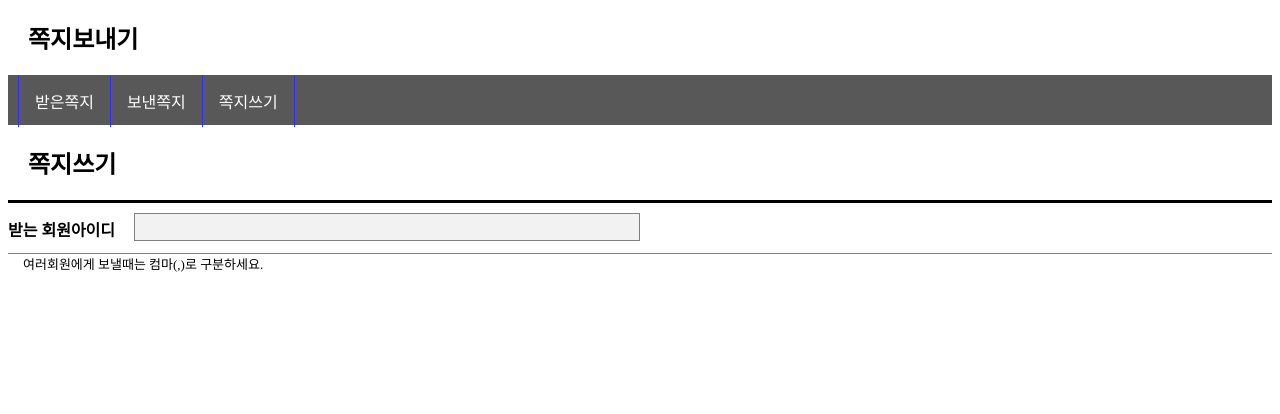
Repository: ks12b0000/JSP-School-Class
Page: chap10_JSP/src/main/webapp/Test/sendMessage.html
These files come from the project's save history. The page is drawn as it stood at one moment and after the next save; the edit follows.
The browser window is 1280 px wide. The pictures show the whole page.

Above is the page before, as saved 2022-06-04 11:18:07.

### chap10_JSP/src/main/webapp/Test/sendMessage.html
<!DOCTYPE html>
<html>
<head>
	<meta charset="UTF-8">
	<meta name="viewport" content="width=device-width, initial-scale=1.0">
	<title>쪽지쓰기</title>
	<link rel="stylesheet" href="loginWrite.css" />
</head>
<body>
	<h2>쪽지보내기</h2>
	<div class="menu1">
		<ul>
			<li><a href="#" id="a1">받은쪽지</a></li>
			<li><a href="#">보낸쪽지</a></li>
			<li><a href="#">쪽지쓰기</a></li>
		</ul>
	</div>
	<h2>쪽지쓰기</h2>
	<div class="Profile3">
			<strong>받는 회원아이디</strong>
			<input type="text" /><br/><p>여러회원에게 보낼때는 컴마(,)로 구분하세요.</p>
	</div>
</body>
</html>

### chap10_JSP/src/main/webapp/Test/loginWrite.css
@charset "UTF-8";
	body h2 {
		margin-left: 20px;
	}
	.login1 {
		width: 500px;
		border: 1px solid gray;
		margin: 40px;
		padding: 40px;

	}
	.login1 #id {
		width: 400px;

		padding: 4px;
	}
	.login1 #id input {

		margin-left: 30px;
	}
	.login1 #pw {

		padding: 4px;
	}
	.login1 #pw input {

		margin-left: 52px;
	}
	.login1 #login_Bt {
		text-align: right;
		margin-top: -50px;
		margin-right: 120px;
	}
	.login1 #login_Bt input {
		margin-left: 5px;
		padding: 12px;
		border: 1px solid white;
		background-color: #A5DF00;
		color: white;
	}
	.login1 #login_Ck {
		margin-top: 10px;
	}
	.login2 {
		border: 1px solid gray;
		font-size: 13px;
		background-color: #F2F2F2;
		width: 500px;
		margin: 40px;
		padding: 40px;
		margin-top: -50px;

	}
	.login2 h3 {
		margin-top: -20px;
		margin-left: -30px;
	}
	.login2 p {
		margin-top: -20px;
		margin-left: -30px;
	}
	.login2 form {
		margin-top: 10px;
		margin-left: 250px;

	}
	.login2 #idpw_bt {
		border: 1px solid white;
		background-color: #A5DF00;
		color: white;
	}
	.login2 #signup {
		border: 1px solid #BFFF00;
		background-color: white;
		color: #80FF00;
	}
	body #mainback {
		margin-left: 220px;
		text-decoration: none;
		color: black;
	}
	body #em2 {
		border-top: 1px solid gray;
		margin-left: 20px;
		padding-top: 15px;
	}
	#email1 {
		margin-left: 20px;
		font-size: 19px;
	}
	#email1 input {
		width: 500px;
		height: 30px;
	}
	.button {
		margin-top: 40px;
		margin-left: 250px;
	}
	.button #Confirm {
		margin-left: 5px;
		padding: 12px;
		width: 150px;
		border: 1px solid white;
		background-color: #A5DF00;
		color: white;
	}
	.button #close {
		margin-left: 5px;
		padding: 12px;
		width: 100px;
		border: 1px solid white;
		background-color: #0B3B39;
		color: white;
	}
	body #tm2 {
		color: red;
		text-align: center;
	}
	body #tm3,#tm5 {
		text-align: center;
	}
	body #tm4,#tm6 {
		border: 1px solid black;
		width: 1300px;
		height: 300px;
		background-color: #D8D8D8;
		margin-left: 10px;
	}
	#terms_Ck,#terms_Ck2 {
		text-align: right;
	}
	#signup3 {
		text-align: center;
	}
	#signup3 input {
		margin-left: 5px;
		padding: 12px;
		border: 1px solid white;
		background-color: #A5DF00;
		color: white;
	}
	.button3 {
		text-align: right;
		margin-top: -50px;
		margin-right: 10px;
	}
	.button3 #notebox {
		border: 1px solid #BFFF00;
		background-color: white;
		color: #80FF00;
		padding: 6px;
	}
	.button3 #Revise {
		border: 1px solid #BFFF00;
		background-color: white;
		color: #80FF00;
		padding: 6px;
	}
	.button3 #secession {
		border: 1px solid white;
		background-color: #A5DF00;
		color: white;
		padding: 6px;
	}
	.Profile {
		border: 1px solid gray;
		border-collapse: collapse;
		margin-top: 15px;
		width: 100%;
		height: 150px;
		background-color: #FAFAFA;
	}
	.Profile th,td {
		border-bottom: 1px solid gray;
	}
	.Profile2 {
		border-top: 3px solid black;
		width: 100%;
		background-color: #F2F2F2;
		height: 50px;
		border-bottom: 1px solid gray;
		margin-top: 20px;
	}
	#hh3 {
		margin-left: 10px;
	}
	.Contents {
		text-align: center;
		margin-top: 100px;
		border-bottom: 1px solid gray;
		height: 100px;
	}
	.menu1 ul {
		background-color: #585858;
		height: 50px;
		margin: 0;
		padding: 0;
		list-style: none;

	}
	.menu1 li {
		float: left;
		border-right: 1px solid #2E2EFE;
	}
	.menu1 li a {
		padding-left: 10px;
		color: white;
		text-decoration: none;
		display: block;
		text-align: center;
		padding: 14px 16px;
	}
	.menu1 #a1 {
		border-left: 1px solid #2E2EFE;
		margin-left: 10px;
	}
	.guide {
		text-align: left;
	}
	.button2 {
		text-align: center;
	}
	.button2 #close2 {
		text-align: center;
		padding: 10px;
		width: 80px;
		border: 1px solid white;
		background-color: #0B4C5F;
		color: white;
	}
	.Profile3 {
		border-top: 3px solid black;
		width: 100%;
		height: 50px;
		border-bottom: 1px solid gray;
		margin-top: 20px;
	}
	.Profile3 #id12 {
		margin-top: 20px;
		padding-left:10px;
		padding-top: 10px;
		text-align: left;
		width: 200px;
		background-color: #F2F2F2;
		height: 60px;
	}
	.Profile3 input {
		background-color: #F2F2F2;
		margin-left: 15px;
		margin-top: 10px;
		padding-top: 10px;
		border: 1px solid gray;
		width: 500px;
	}
	.Profile3 p {
		font-size: 13px;
		margin-left: 15px;
	}

After the next save:
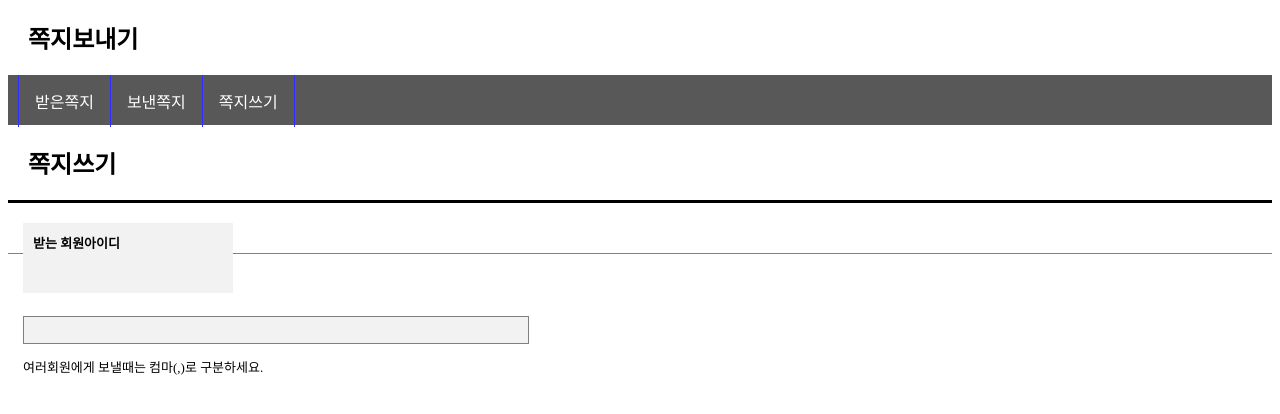
Saved 53 s later.
--- a/chap10_JSP/src/main/webapp/Test/sendMessage.html
+++ b/chap10_JSP/src/main/webapp/Test/sendMessage.html
@@ -17,7 +17,7 @@
 	</div>
 	<h2>쪽지쓰기</h2>
 	<div class="Profile3">
-			<strong>받는 회원아이디</strong>
+			<p id="id12"><strong>받는 회원아이디</strong></p>
 			<input type="text" /><br/><p>여러회원에게 보낼때는 컴마(,)로 구분하세요.</p>
 	</div>
 </body>
